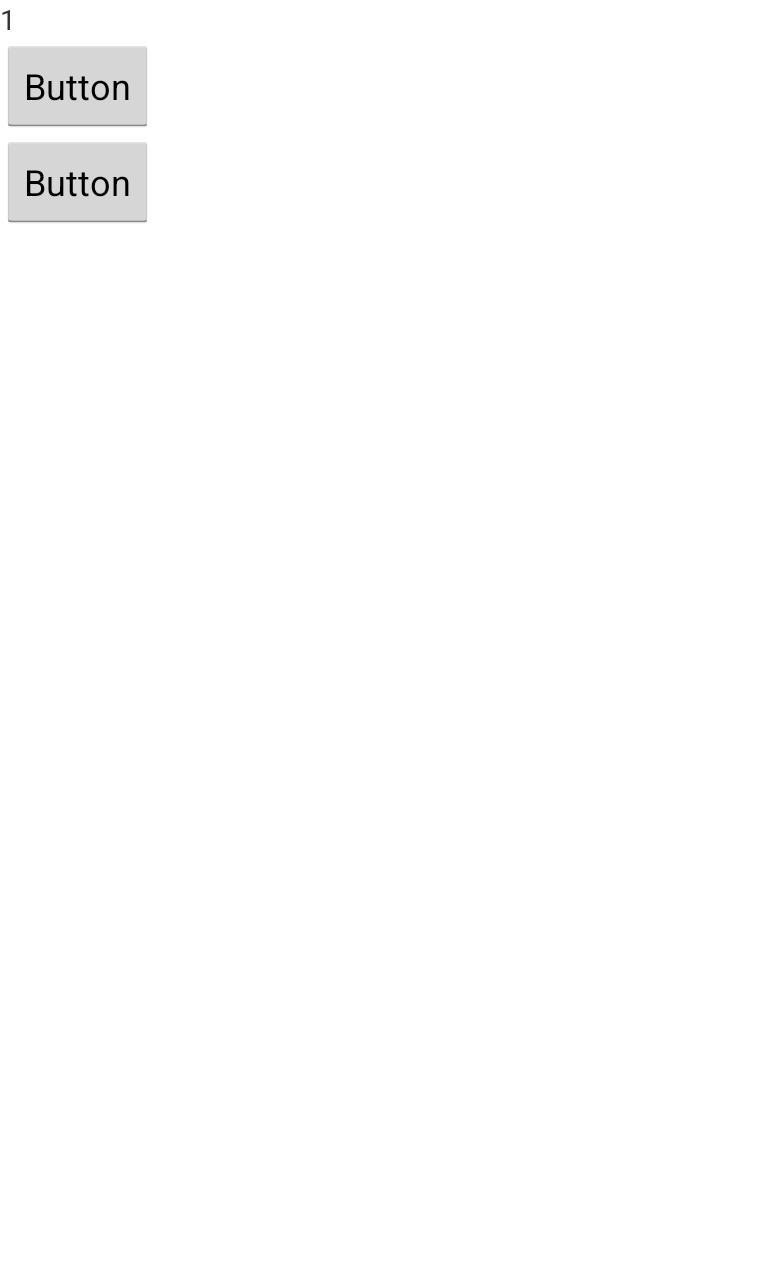
Repository: RaymondCalderon/programs_school
Layout: Trabajos Eclipse/Apps eclipse/FoxEnglish/res/layout/actividad1.xml
These files come from the project's save history. The layout is drawn as it stood at one moment and after the next save; the edit follows.
It is drawn on a 768 x 1280 px phone screen (xhdpi) without system bars, with theme AppTheme; the app's code is not run.

Above is the layout before, as saved 2016-02-26 06:06:21.

After the next save:
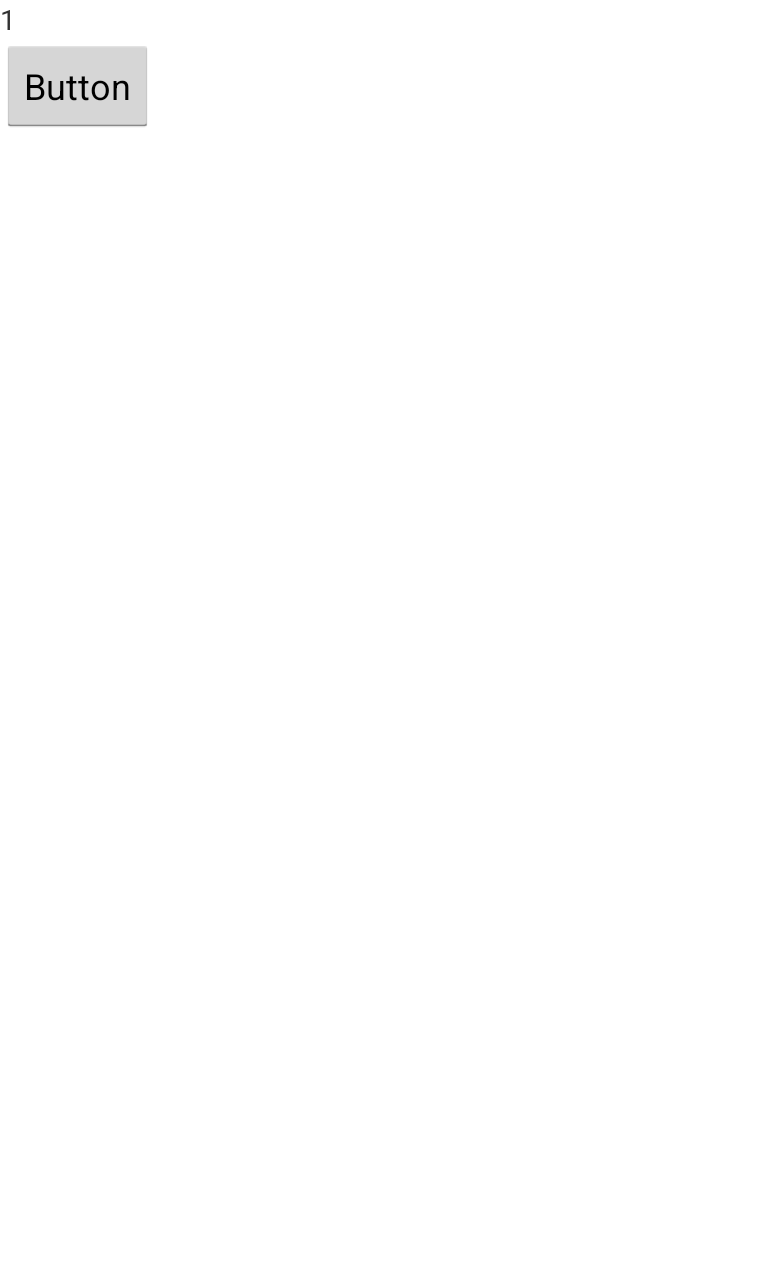
Saved 11 s later.
--- a/Trabajos Eclipse/Apps eclipse/FoxEnglish/res/layout/actividad1.xml
+++ b/Trabajos Eclipse/Apps eclipse/FoxEnglish/res/layout/actividad1.xml
@@ -16,10 +16,4 @@
         android:layout_height="wrap_content"
         android:text="Button" />
 
-    <Button
-        android:id="@+id/a1btn2"
-        android:layout_width="wrap_content"
-        android:layout_height="wrap_content"
-        android:text="Button" />
-
 </LinearLayout>
